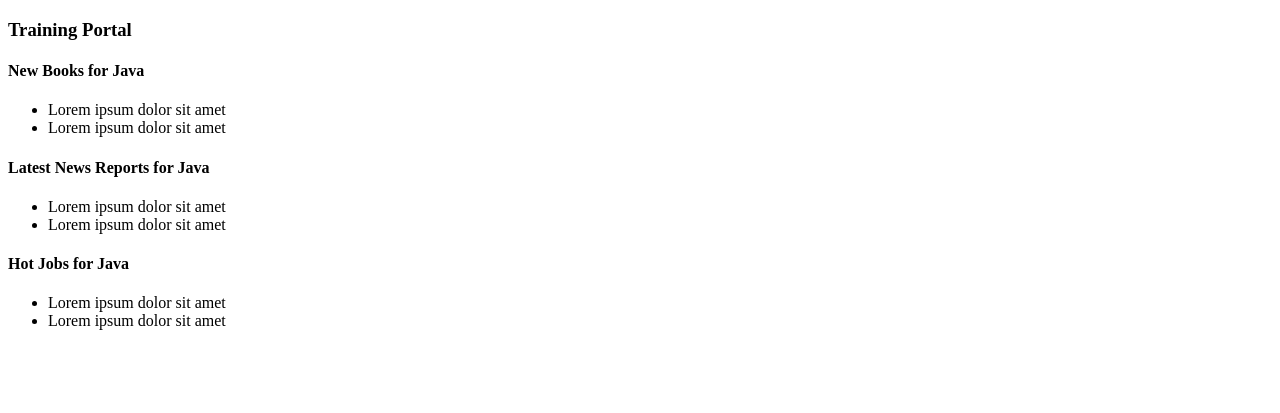
Repository: atonizer/workspace
Page: http://localhost/jspdemo/cookies-homepage.jsp
The author's editor kept a copy of each file at every save. The page is drawn from the files as they stood at one save, then again after the next save.
The browser window is 1280 px wide. The pictures show the whole page.
The page is served by Tomcat 9.

Above is the page before, as saved 2016-08-22 10:14:02.

After the next save:
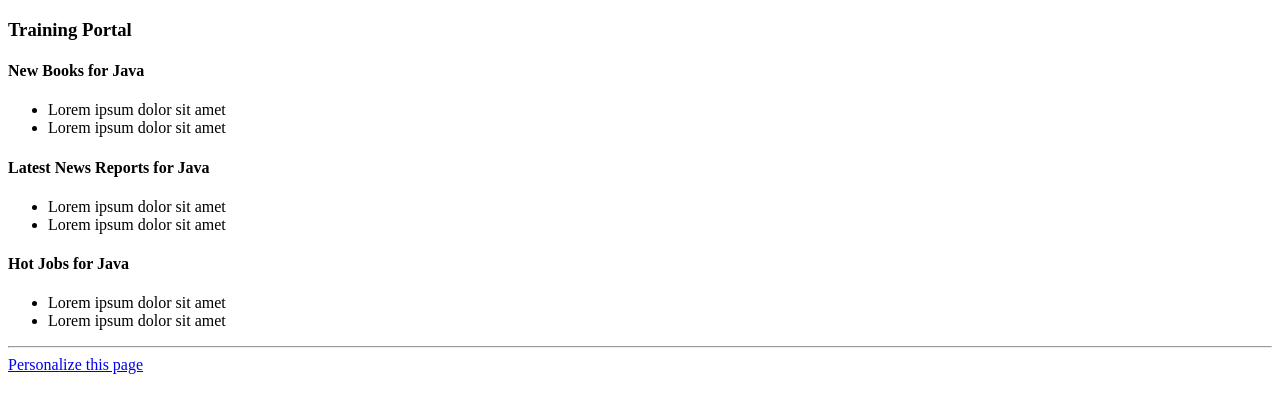
Saved 4 min 30 s later.
--- a/jspdemo/WebContent/cookies-homepage.jsp
+++ b/jspdemo/WebContent/cookies-homepage.jsp
@@ -50,5 +50,8 @@
 	<li>Lorem ipsum dolor sit amet</li>
 </ul>
 
+<hr>
+<a href="cookies-personalize-response.jpg">Personalize this page</a>
+
 </body>
 </html>
